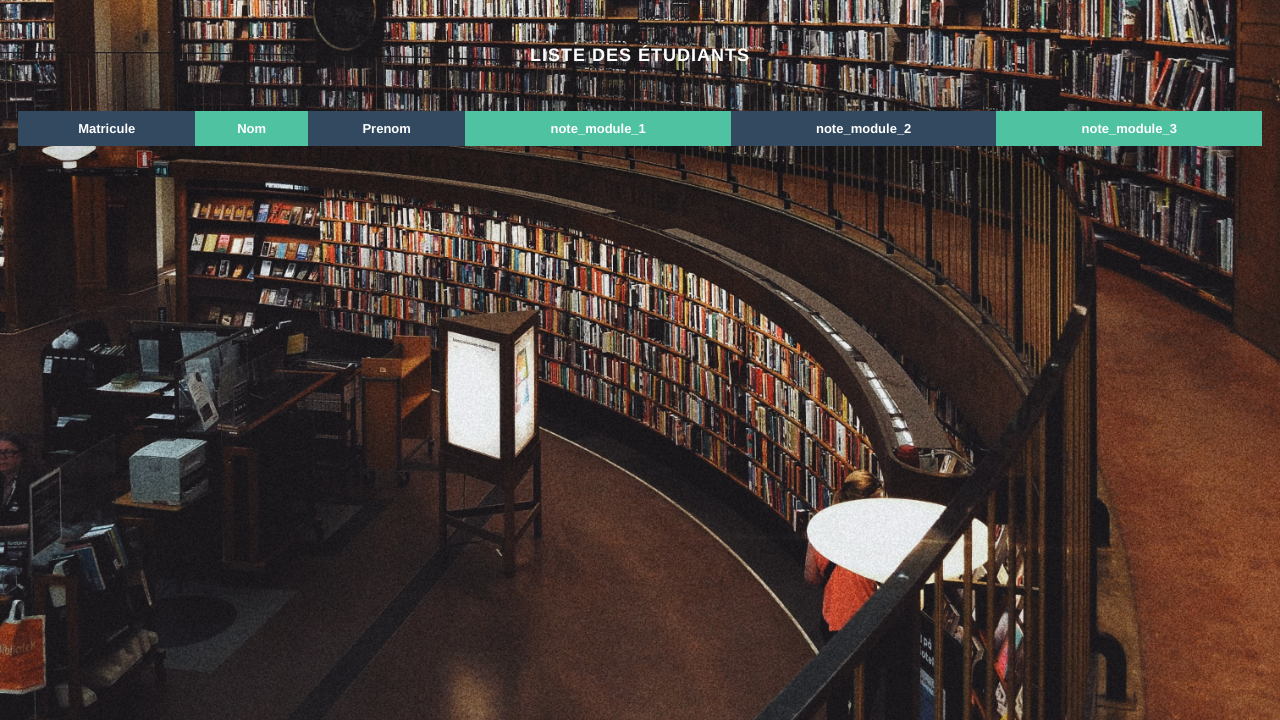
Repository: tt5300447/parakeet
Page: http://localhost/
The author's editor kept a copy of each file at every save. The page is drawn from the files as they stood at one save, then again after the next save.
The browser window is 1280 px wide. The pictures show the whole page.
The page is run by PHP 8.4 with error messages shown; the project is at /var/www/html/. Queries for data that is not in the repository find no rows.

Above is the page before, as saved 2022-06-19 16:27:52.

### Copier/htdocs/Liste/index.php
<!DOCTYPE html>
<html lang="en">
<head>
    <meta charset="UTF-8">
    <meta http-equiv="X-UA-Compatible" content="IE=edge">
    <meta name="viewport" content="width=device-width, initial-scale=1.0">
    <title>Document</title>
    <link rel="stylesheet" href="table.css">
</head>
<body>
   <h2>Liste des étudiants</h2>
    <div class="table-wrapper">
    <?php
$servername = "localhost";
$username = "root";
$password = "";
$db = "scolarite";
// Create connection
$conn = new mysqli($servername, $username, $password,$db);
// Check connection
if (mysqli_connect_errno())
{
echo "Failed to connect to MySQL: " . mysqli_connect_error();
}

$result = $conn->query("SELECT * FROM Etudiant");

echo "<table class='fl-table'>
<thead>
    <tr>
        <th>Matricule</th>
        <th>Nom</th>
        <th>Prenom</th>
        <th>note_module_1</th>
        <th>note_module_2</th>
        <th>note_module_3</th>
    </tr>
</thead>
<tbody>";

while($row = mysqli_fetch_array($result))
{
echo "<tr>";
echo "<td>" . $row['matricule'] . "</td>";
echo "<td>" . $row['nom'] . "</td>";
echo "<td>" . $row['prenom'] . "</td>";
echo "<td>" . $row['note_module_1'] . "</td>";
echo "<td>" . $row['note_module_2'] . "</td>";
echo "<td>" . $row['note_module_3'] . "</td>";
echo "</tr>";
}
echo "<tbody>
</table>";

mysqli_close($conn);
?>
</div>
</body>
</html>

### Copier/htdocs/Liste/table.css
* {
    box-sizing: border-box;
    -webkit-box-sizing: border-box;
    -moz-box-sizing: border-box;
}

html {
    background-image: url("background4.jpg") !important;
    -webkit-background-size: cover;
    -moz-background-size: cover;
    -o-background-size: cover;
    background-size: cover;
    background-position: center;
    background-repeat: no-repeat;
}

body {
    font-family: Helvetica;
    -webkit-font-smoothing: antialiased;
}

h2 {
    background-color: linear-gradient( 100deg, rgba(63, 63, 63, 0.8) 0%, rgba(255, 255, 255, 0) 25%);
    text-align: center;
    font-size: 18px;
    text-transform: uppercase;
    letter-spacing: 1px;
    color: white;
    padding: 30px 0;
}


/* Table Styles */

.table-wrapper {
    margin: 10px 10px 10px;
    box-shadow: 0px 35px 50px rgba(0, 0, 0, 0.2);
}

.fl-table {
    border-radius: 5px;
    font-size: 13px;
    font-weight: normal;
    border: none;
    border-collapse: collapse;
    width: 100%;
    max-width: 100%;
    white-space: nowrap;
    background-color: white;
}

.fl-table td,
.fl-table th {
    text-align: center;
    padding: 10px;
}

.fl-table td {
    border-right: 1px solid #f8f8f8;
    font-size: 14px;
}

.fl-table thead th {
    color: #ffffff;
    background: #4fc3a1;
}

.fl-table thead th:nth-child(odd) {
    color: #ffffff;
    background: #324960;
}

.fl-table tr:nth-child(even) {
    background: #f8f8f8;
}


/* Responsive */

@media (max-width: 767px) {
    .fl-table {
        display: block;
        width: 100%;
    }
    .table-wrapper:before {
        content: "Scroll horizontally >";
        display: block;
        text-align: right;
        font-size: 11px;
        color: white;
        padding: 0 0 10px;
    }
    .fl-table thead,
    .fl-table tbody,
    .fl-table thead th {
        display: block;
    }
    .fl-table thead th:last-child {
        border-bottom: none;
    }
    .fl-table thead {
        float: left;
    }
    .fl-table tbody {
        width: auto;
        position: relative;
        overflow-x: auto;
    }
    .fl-table td,
    .fl-table th {
        padding: 20px 0.625em 0.625em 0.625em;
        height: 60px;
        vertical-align: middle;
        box-sizing: border-box;
        overflow-x: hidden;
        overflow-y: auto;
        width: 120px;
        font-size: 13px;
        text-overflow: ellipsis;
    }
    .fl-table thead th {
        text-align: left;
        border-bottom: 1px solid #f7f7f9;
    }
    .fl-table tbody tr {
        display: table-cell;
    }
    .fl-table tbody tr:nth-child(odd) {
        background: none;
    }
    .fl-table tr:nth-child(even) {
        background: transparent;
    }
    .fl-table tr td:nth-child(odd) {
        background: #f8f8f8;
        border-right: 1px solid #e6e4e4;
    }
    .fl-table tr td:nth-child(even) {
        border-right: 1px solid #e6e4e4;
    }
    .fl-table tbody td {
        display: block;
        text-align: center;
    }
}

After the next save:
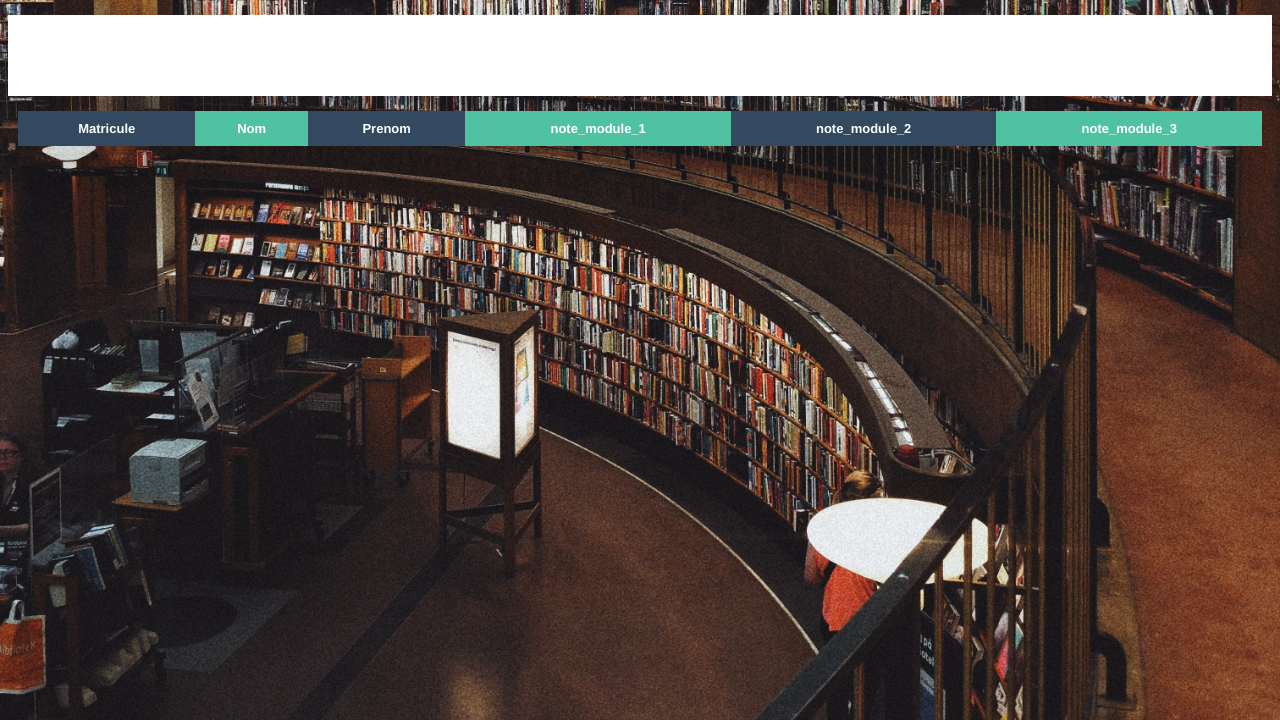
Saved 17 s later.
--- a/Copier/htdocs/Liste/table.css
+++ b/Copier/htdocs/Liste/table.css
@@ -20,7 +20,7 @@
 }
 
 h2 {
-    background-color: linear-gradient( 100deg, rgba(63, 63, 63, 0.8) 0%, rgba(255, 255, 255, 0) 25%);
+    background-color: white;
     text-align: center;
     font-size: 18px;
     text-transform: uppercase;

After the save that followed:
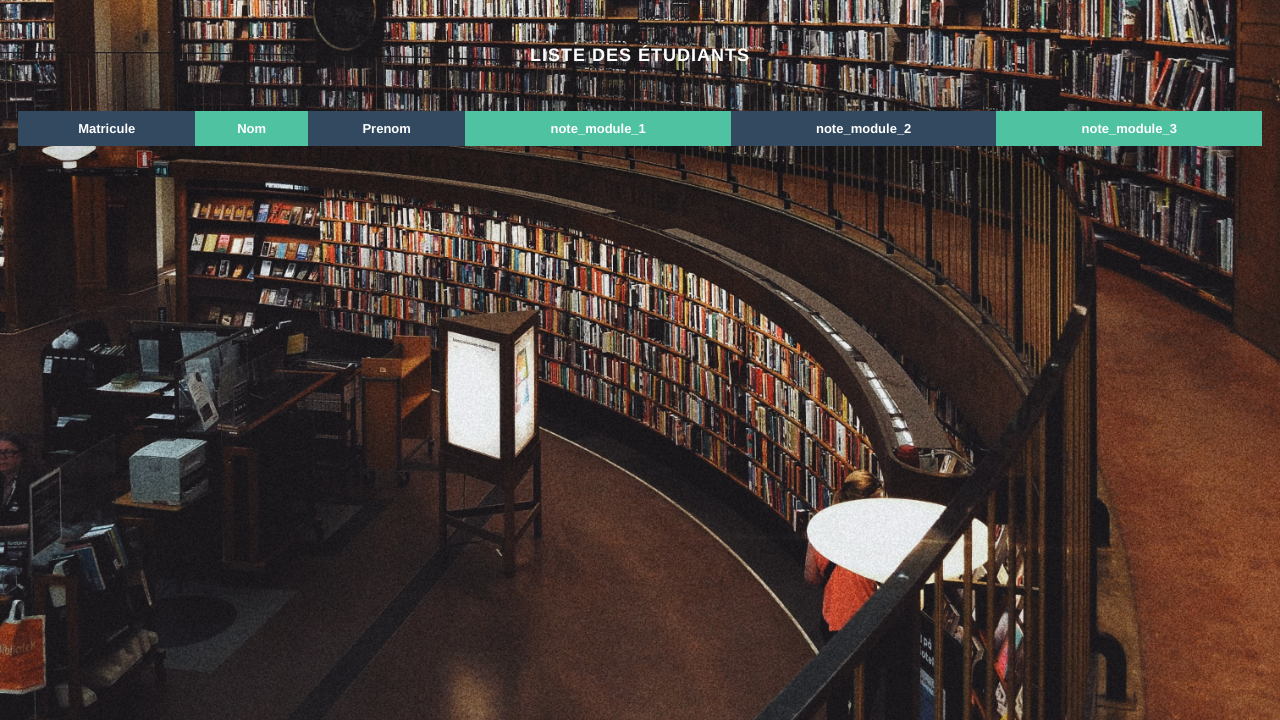
Saved 24 s later.
--- a/Copier/htdocs/Liste/table.css
+++ b/Copier/htdocs/Liste/table.css
@@ -5,7 +5,7 @@
 }
 
 html {
-    background-image: url("background4.jpg") !important;
+    background-image: url("background4.jpg"), linear-gradient(rgba(63, 63, 63, 0.8) 0%, rgba(255, 255, 255, 0) 25%) !important;
     -webkit-background-size: cover;
     -moz-background-size: cover;
     -o-background-size: cover;
@@ -20,7 +20,6 @@
 }
 
 h2 {
-    background-color: white;
     text-align: center;
     font-size: 18px;
     text-transform: uppercase;
